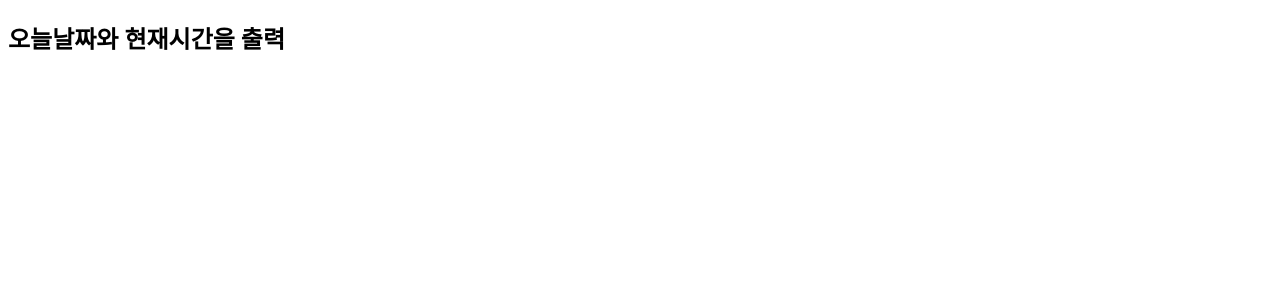
Repository: ohseung-web/OTjsp2026
Page: http://localhost/chapter/test02.jsp
The author's editor kept a copy of each file at every save. The page is drawn from the files as they stood at one save, then again after the next save.
The browser window is 1280 px wide. The pictures show the whole page.
The page is served by Tomcat 9.

Above is the page before, as saved 2026-10-15 19:18:05.

### chapter/src/main/webapp/test02.jsp
<%@ page language="java" contentType="text/html; charset=UTF-8"
    pageEncoding="UTF-8"%>
<%@ page import="java.util.Date" %>
<!DOCTYPE html>
<html>
<head>
<meta charset="UTF-8">
<title>Insert title here</title>
</head>
<body>
<h2>오늘날짜와 현재시간을 출력</h2>
<%
   Date today=new Date();
   int year = today.getYear()+1900;
   int month = today.getMonth()+1;
   int day = today.getDate();

   int hour = today.getHours();
   int minute = today.getMinutes();
   int second = today.getSeconds();
%>
</body>
</html>

After the next save:
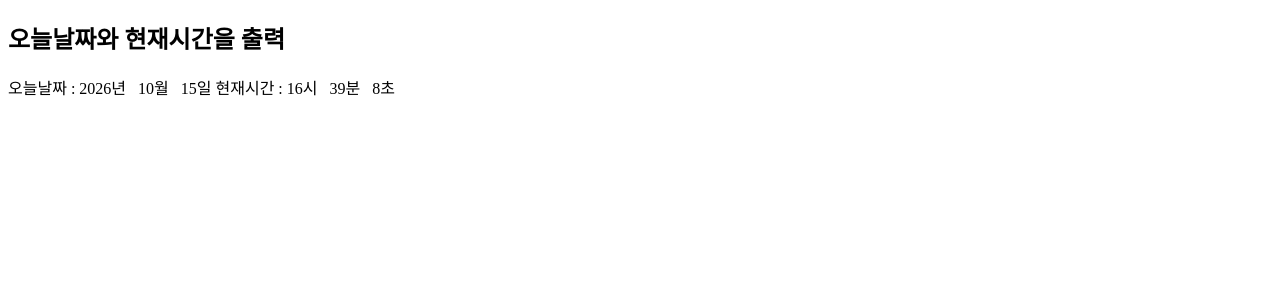
Saved 3 min 53 s later.
--- a/chapter/src/main/webapp/test02.jsp
+++ b/chapter/src/main/webapp/test02.jsp
@@ -19,5 +19,7 @@
    int minute = today.getMinutes();
    int second = today.getSeconds();
 %>
+오늘날짜 : <%=year %>년 &nbsp; <%=month %>월 &nbsp; <%=day %>일
+현재시간 : <%=hour %>시 &nbsp; <%=minute %>분 &nbsp; <%=second %>초
 </body>
 </html>
